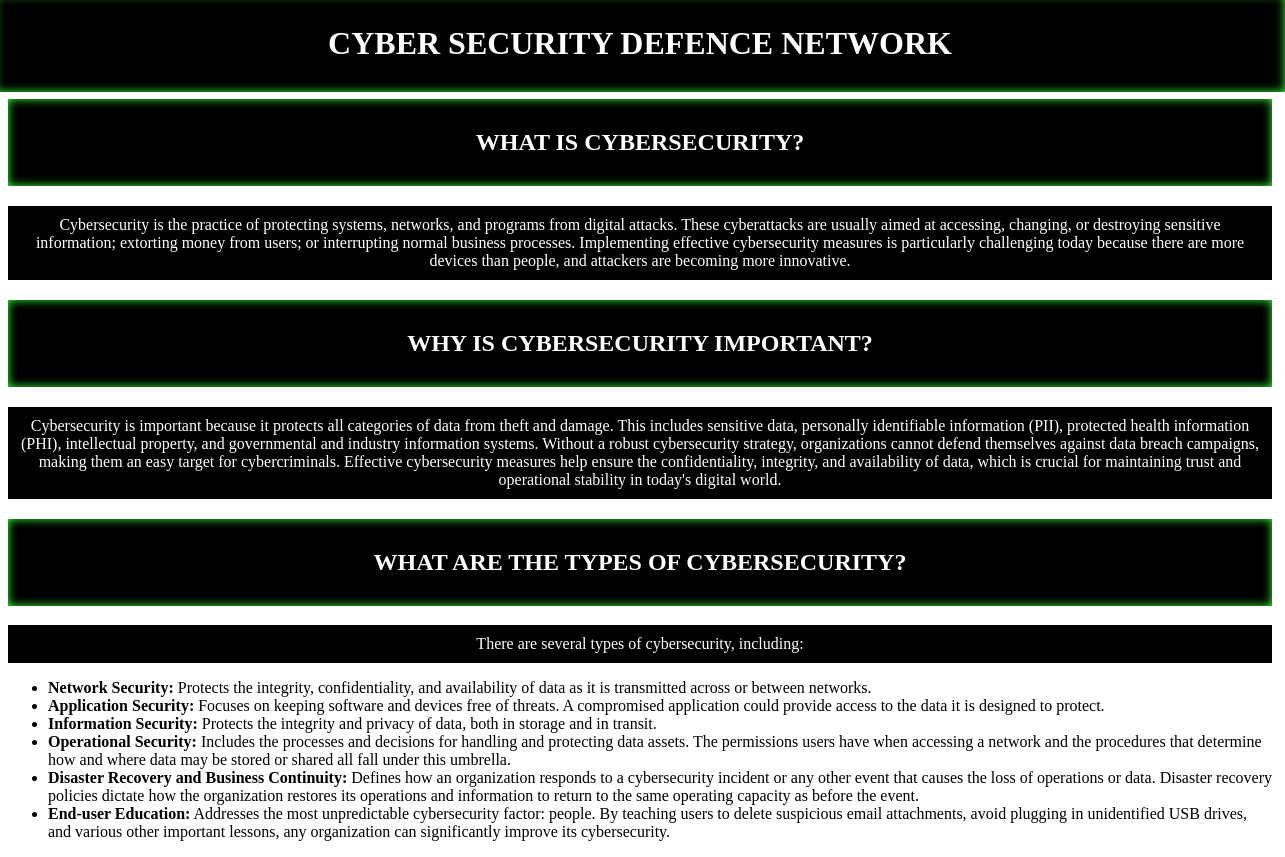
Repository: newworldhost/nwh
Page: index.html
An editor plug-in stored every save of this project. The page is shown before and after a run of saves, followed by the edit.
The browser window is 1280 px wide. The page is 1285 px wide, so the pictures cover 1285 px, including what lies to the right of the window. The pictures show the whole page.

Above is the page before, as saved 2025-03-04 15:42:41.

After the next 3 saves:
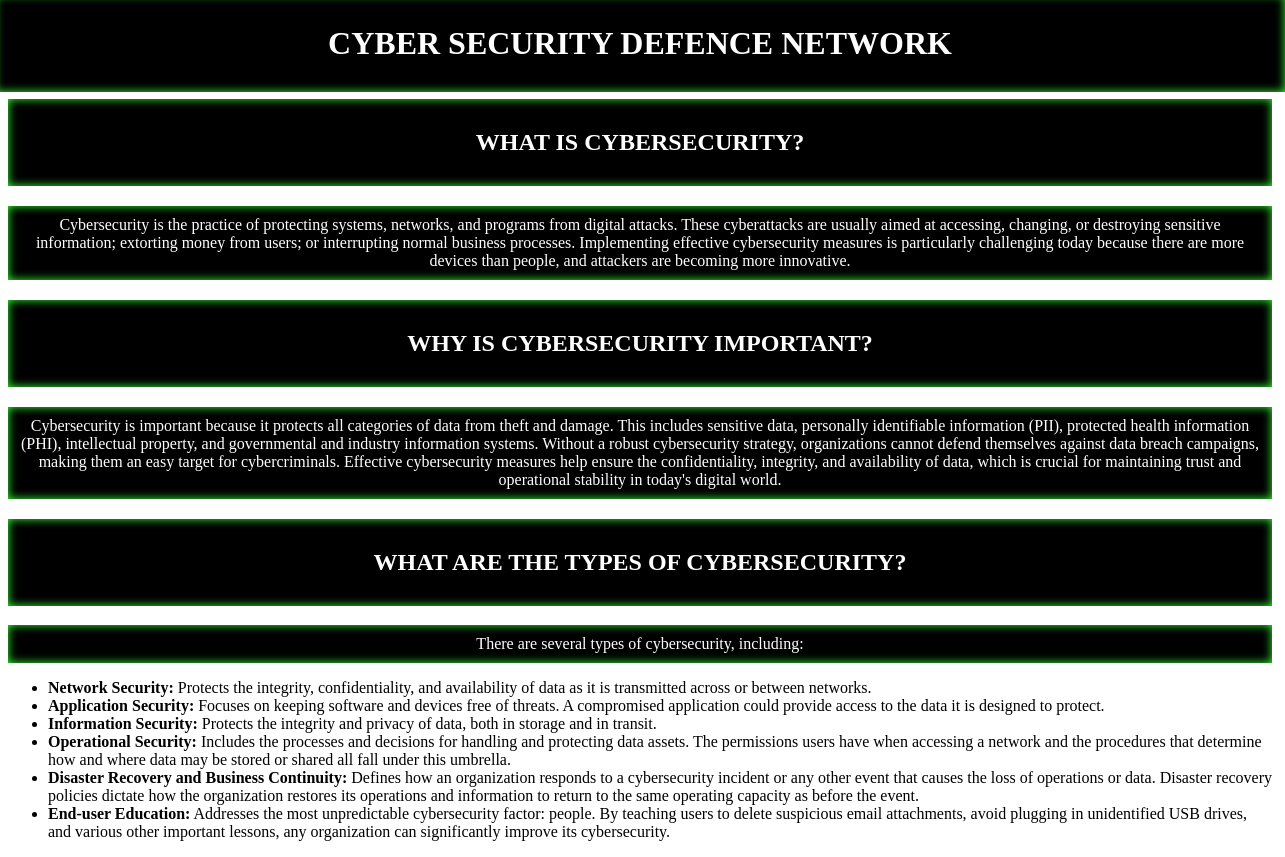
The 3 saves are shown as one change because they came seconds apart.
The last was saved 14 s later.
--- a/style.css
+++ b/style.css
@@ -20,4 +20,5 @@ p {
     color:white;
     padding:10px;
     text-align:center;
+    box-shadow: inset 0 0 10px #33ff33;
 }
